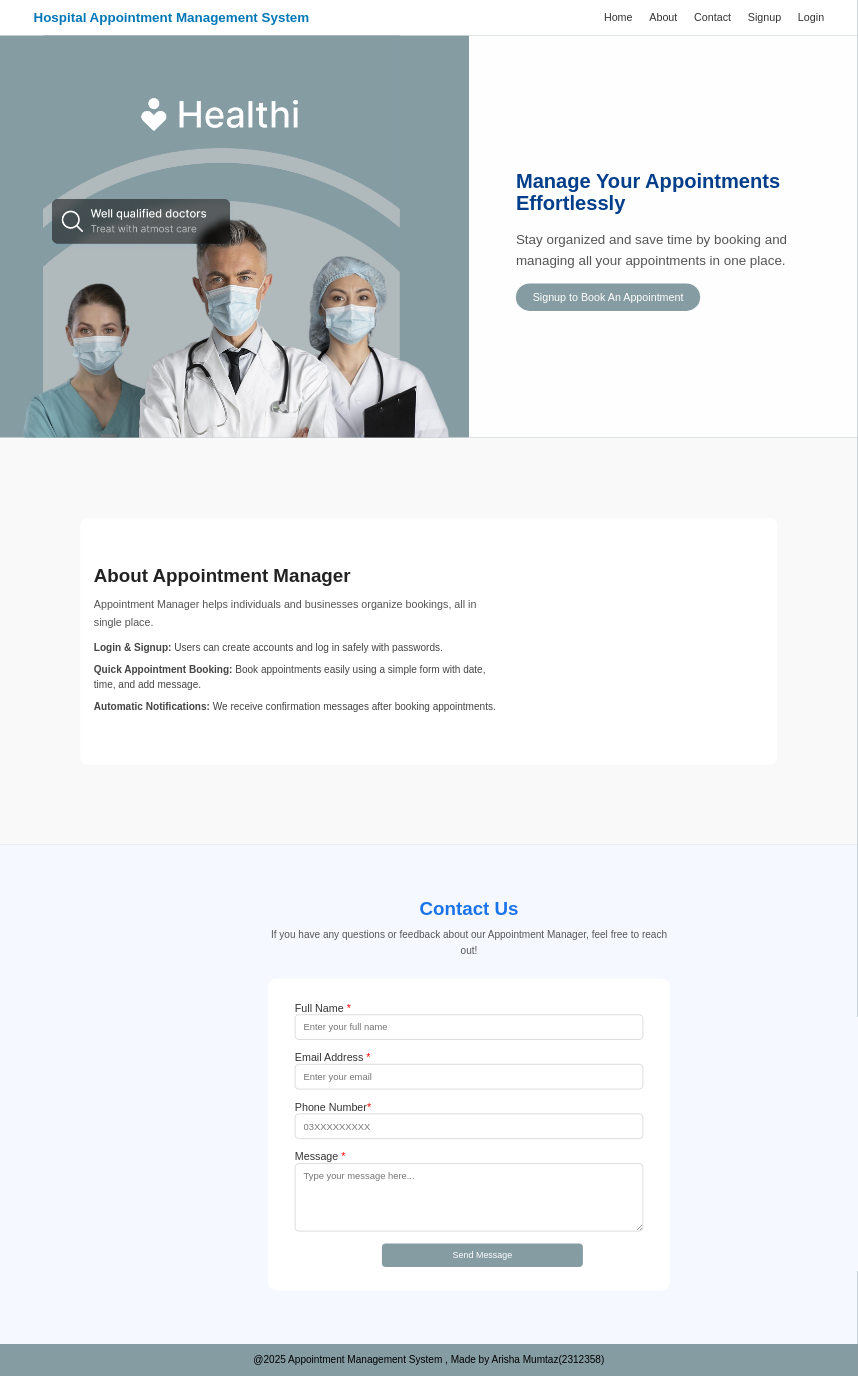
Repository: Arisha004/hospital-management-midterm-
Page: landingpage.html
The author's editor kept a copy of each file at every save. The page is drawn from the files as they stood at one save, then again after the next save.
The browser window is 1280 px wide. The pictures show the whole page, at 67% of full size.

Above is the page before, as saved 2025-11-02 21:18:12.

### landingpage.html

<html>
<head>
  <title>Appointment Management System</title>
  <link rel="stylesheet" href="style.css">
  <style>

  h2 {
    color: #007bff;
  }
  button{
  display: inline-block;
  background-color: #869CA3;
  color: #fff;
  padding: 10px 22px;
  border: none;
  border-radius: 6px;
  cursor: pointer;
  font-weight: 500;
   text-align: center;
}


a{
  color: white;
  text-decoration: none;
}
  </style>
</head>
<body>
  <header class="navbar">
    <div class="logo">Hospital Appointment Management System</div>
    <nav>
      <ul>
        <li><a href="#landing">Home</a></li>
        <li><a href="about.html">About</a></li>
        <li><a href="contact.html">Contact</a></li>
        <li><a href="signup.php">Signup</a></li>
        <li><a href="login.php">Login</a></li>

      </ul>
    </nav>
  </header>


  <section class="landing">
      <div class="right"></div>
    <div class="left">
      <h1>Manage Your Appointments Effortlessly</h1>
      <p>Stay organized and save time by booking and managing all your appointments in one place.</p>
      <a href="signup.php" class="btn">Signup to Book An Appointment</a>
    </div>

  </section>



  <section id="about" class="about">
    <div class="container about-inner">
      <div class="about-content">
        <h2>About Appointment Manager</h2>
        <p>Appointment Manager helps individuals and businesses organize bookings, all in single place.</p>
        <ul class="features">
              <li><strong> Login & Signup:</strong> Users can create accounts and log in safely with  passwords.</li>
<li><strong>Quick Appointment Booking:</strong> Book appointments easily using a simple form with date, time, and add message.</li>
<li><strong>Automatic Notifications:</strong> We receive confirmation messages after booking appointments.</li>

        </ul>
      </div>
    </div>
  </section>

<section id="contact" class="contact">
    <div class="container contact-inner">
      <h2>Contact Us</h2>
      <p>If you have any questions or feedback about our Appointment Manager, feel free to reach out!</p>

      <form action="insertcontactform.php" method="post" class="contact-form">
        <div class="form-group">
          <label>Full Name <span>*</span></label>
          <input type="text" id="name" name="name" placeholder="Enter your full name" pattern="^[A-Za-z]{3,}( [A-Za-z]+)?$" title="Full name should contain only letters and spaces, and must be at least 3 characters long.">

        </div>

        <div class="form-group">
          <label>Email Address <span>*</span></label>
          <input type="email" id="email" name="email" placeholder="Enter your email" title="Please enter a valid email address, e.g. example@gmail.com." required>
        </div>

        <div class="form-group">
          <label>Phone Number<span>*</span></label>
          <input type="tel" id="phone" name="phone" placeholder="03XXXXXXXXX" required pattern="[0-9]{11}" title="Enter 11-digit number only">
        </div>

        <div class="form-group">
          <label>Message <span>*</span></label>
          <textarea id="message" name="message" rows="5" placeholder="Type your message here..." required  pattern=".*\S.*" minlength="10"  title="Message must be at least 10 characters long.Cannot enter only spaces"></textarea>
        </div>

        <button type="submit" class="btn">Send Message</button>
      </form>
    </div>
</section>



  <footer>
    <p> @2025 Appointment Management System , Made by Arisha Mumtaz(2312358)</p>
  </footer>
</body>
</html>

### style.css

* {
  margin: 0;
  padding: 0;
  font-family: 'Poppins', sans-serif;
}

body {
  background: #869CA3;
  color: #333;
}

.about {
  background-color: #f9f9f9;
  padding: 80px 0; /*80px top & bottom, 0 left & right */
}

.about-image img {

  width: 450px;
  border-radius: 10px;
}

.about-content {
  margin-top: 20px;
  width: 300px;
}

.about-content h2 {
  font-size: 28px;
  color: #1a73e8;
  margin-bottom: 15px;
}

.about-content p {
  font-size: 16px;
  color: #555;
  line-height: 1.6;
  margin-bottom: 20px;
}

.features {
  list-style: none;
  padding: 0;
  margin-bottom: 25px;
}

.features li {
  margin-bottom: 10px;
  color: #444;
  font-size: 15px;
  line-height: 1.5;
}



/* Contact Section */
.contact {
  background-color: #f5f9ff;
  padding: 80px 0;
}

.contact-inner {
  width: 600px;
  margin-left: 400PX;
  text-align: center;
}

.contact h2 {
  font-size: 28px;
  color: #1a73e8;
  margin-bottom: 10px;
}

.contact p {
  color: #555;
  margin-bottom: 30px;
  font-size: 15px;
  line-height: 1.6;
}

.contact-form {
  background-color: #fff;
  padding: 35px 40px;
  border-radius: 12px;
  text-align: left;
}

.form-group {
  margin-bottom: 18px;
}

label {
  font-weight: 500;
  margin-bottom: 6px;
  color: #333;
}

label span {
  color: red;
}

input, textarea {
  width: 100%;
  padding: 10px 12px;
  border: 1px solid #ccc;
  border-radius: 6px;
  font-size: 14px;
}



.contact-form .btn {
  display: inline-block;
  background-color: #869CA3;
  color: #fff;
  padding: 10px 22px;
  border: none;
  border-radius: 6px;
  cursor: pointer;
  font-weight: 500;

  margin-left: 130px;
   text-align: center;
}


.navbar {
  display: flex;
  justify-content: space-between;
  align-items: center;
  padding: 15px 50px;
  background: #fff;

 }

.navbar .logo {
  font-weight: 700;
  font-size: 20px;
  color: #0077b6;
}

.navbar ul {
  display: flex;
  list-style: none;
}

.navbar ul li a {
  text-decoration: none;
  color: #333;
  margin-left: 25px;
}



.landing {
  display: flex; /*makes .landing a flex container.*/
  height: 600px;
}


  button{

  display: inline-block;
  background-color: #869CA3;
  color: #fff;
  padding: 10px 22px;
  border: none;
  border-radius: 6px;
  cursor: pointer;
  font-weight: 500;

   text-align: center;
}


.landing .left {
  flex: 1;
  width: 50%;
  padding: 0 70px; /*adds 70px space on left and right (inner spacing).*/
  background: #fefefe;
}


.landing .left h1 {
  margin-top: 200px;
  font-size: 30px;
  color: #023e8a;
  margin-bottom: 20px;
}

.landing .left p {
  font-size: 20px;
  color: #555;
  margin-bottom: 30px;
  line-height: 1.6;
}

.btn {
  background: #869CA3;
  color: #fff;
  padding: 12px 25px;
  border-radius: 30px;
  text-decoration: none;
  font-weight: 300;
  width: 300px;
}


.landing .right {
  width:700px;
  background:url(images/pic1.png);
  background-repeat: no-repeat;
  background-size: cover;
}





.form1-container {
  width: 520px;
  margin: 80px auto;
  background: white;
  padding: 20px;
  border-radius: 8px;
}

.form1-container h2 {
  text-align: center;
  color: #333;
}

.form1-container label {
  display: block;
  margin-top: 10px;
  color: #555;
}

.form1-container input {
  width: 100%;
  padding: 8px;
  margin-top: 5px;
  border: 1px solid #ccc;
  border-radius: 4px;
}

.form1-container button {
  width: 100%;
  margin-top: 15px;
  padding: 10px;
  background: #869CA3;
  border: none;
  color: white;
  border-radius: 4px;
  cursor: pointer;
}


.form1-container p {
  text-align: center;
  margin-top: 10px;
}

.success {
  text-align: center;
  background: #d4edda;
  color: #155724;
  padding: 8px;
  border-radius: 5px;
  margin: 10px auto;
  width: 320px;
}

.error {
  text-align: center;
  background: #f8d7da;
  color: #721c24;
  padding: 8px;
  border-radius: 5px;
  margin: 10px auto;
  width: 320px;
}

footer {
  text-align: center;
  padding: 15px;
 background-color:#869CA3;
  color: black;
  font-size: 15px;

}

.container.about-inner {
  padding: 50px 20px;
  background-color: #fff;
  margin: 40px auto;
  width: 1000px;
  border-radius: 10px;

}


.about-content {
  width: 600px;
}

.about-content h2 {
  font-size: 28px;
  margin-bottom: 15px;
  color: #222;
}

.about-content p {
  font-size: 16px;
  line-height: 1.6;
  margin-bottom: 15px;
}

After the next save:
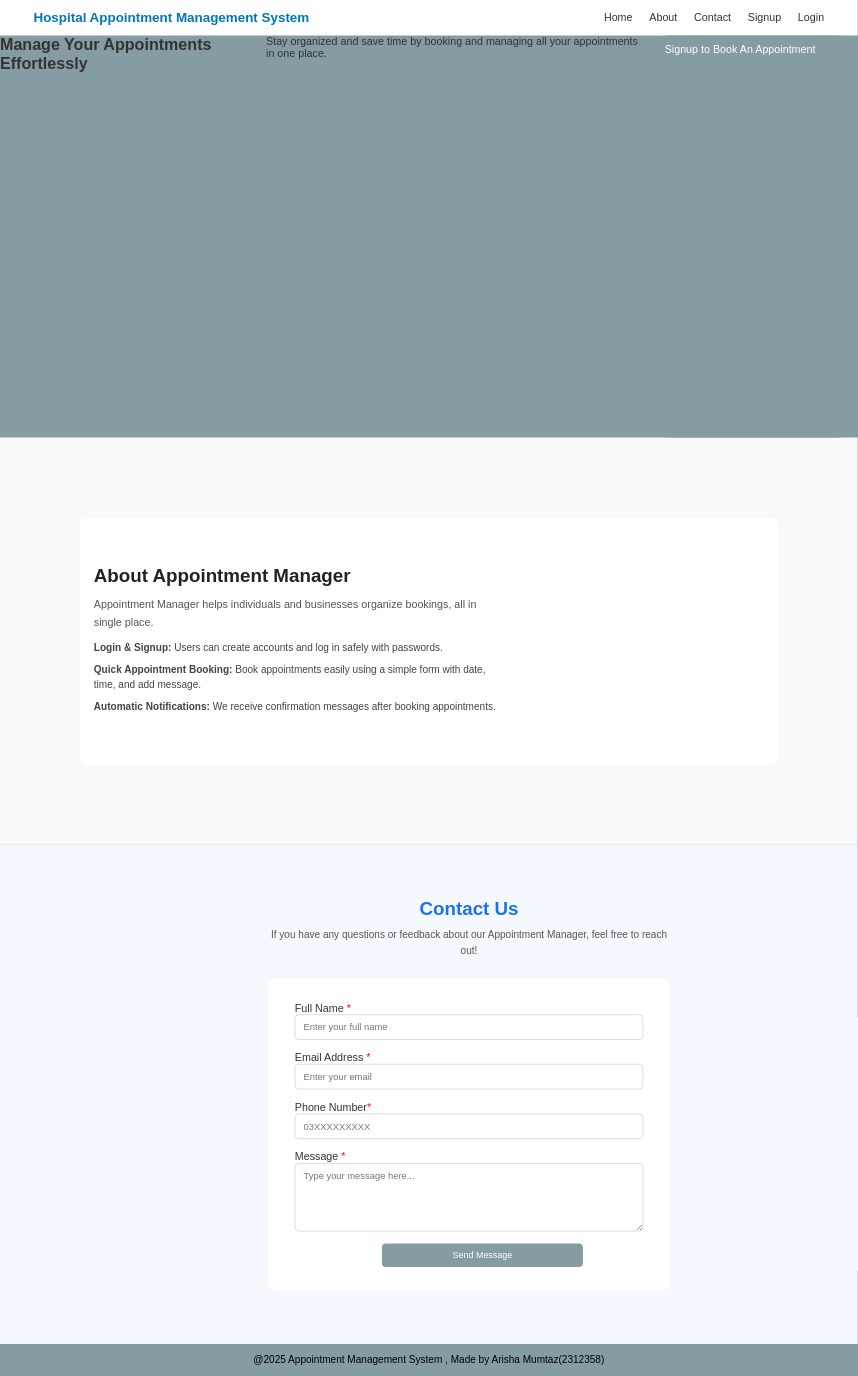
Saved 63 s later.
--- a/landingpage.html
+++ b/landingpage.html
@@ -44,8 +44,6 @@
 
 
   <section class="landing">
-      <div class="right"></div>
-    <div class="left">
       <h1>Manage Your Appointments Effortlessly</h1>
       <p>Stay organized and save time by booking and managing all your appointments in one place.</p>
       <a href="signup.php" class="btn">Signup to Book An Appointment</a>

After the save that followed:
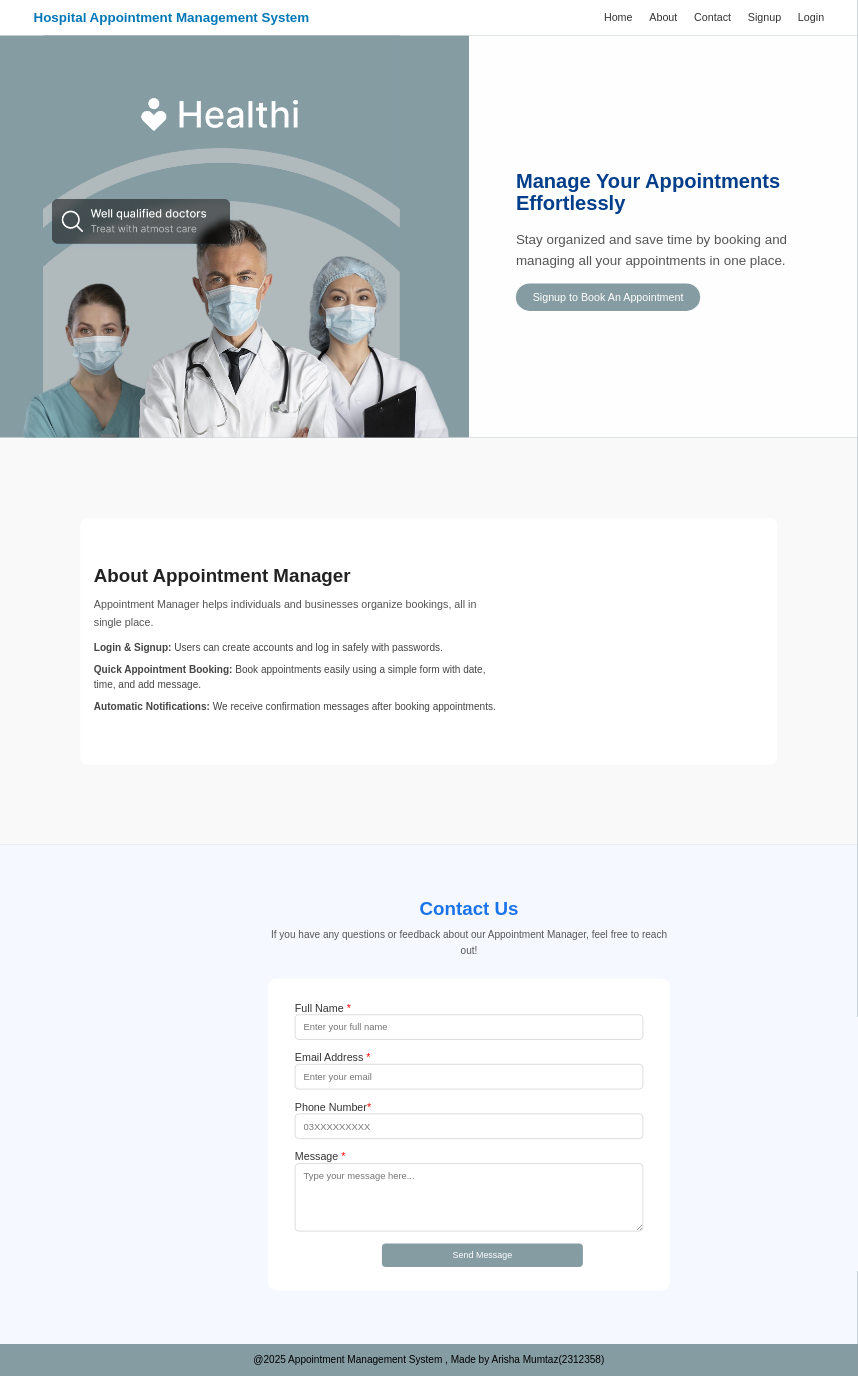
Saved 9 s later.
--- a/landingpage.html
+++ b/landingpage.html
@@ -44,6 +44,8 @@
 
 
   <section class="landing">
+      <div class="right"></div>
+    <div class="left">
       <h1>Manage Your Appointments Effortlessly</h1>
       <p>Stay organized and save time by booking and managing all your appointments in one place.</p>
       <a href="signup.php" class="btn">Signup to Book An Appointment</a>
